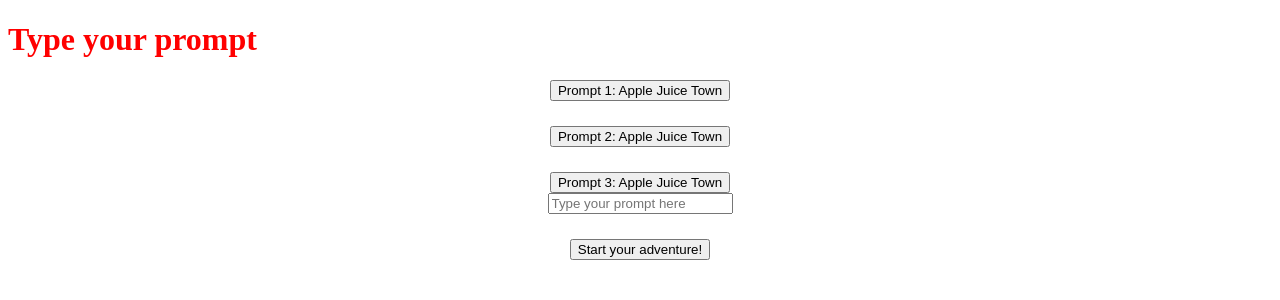
Repository: Appl3Kitti3/PROJECT_4537
Page: ClientSide/index.html
The author's editor kept a copy of each file at every save. The page is drawn from the files as they stood at one save, then again after the next save.
The browser window is 1280 px wide. The pictures show the whole page.

Above is the page before, as saved 2024-10-17 20:58:28.

After the next save:
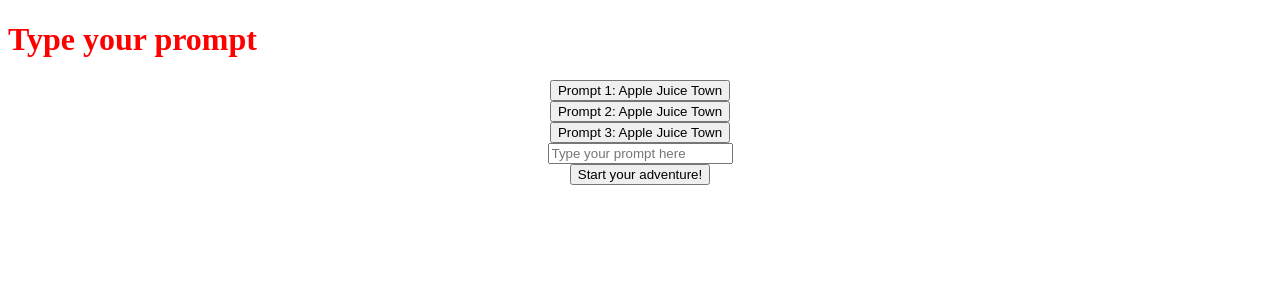
Saved 6 s later.
--- a/ClientSide/index.html
+++ b/ClientSide/index.html
@@ -12,7 +12,6 @@
                 display: flex;
                 flex-direction: column;
                 align-items: center;
-                gap: 25px;
             }
 
         </style>
